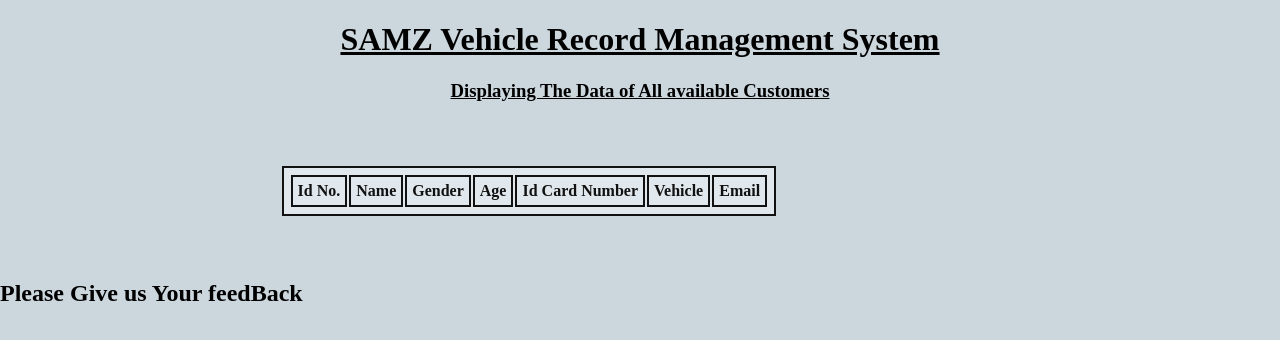
Repository: MUHAMMAD-SAQIB-2000/SpringBoot
Page: http://localhost/WebServiceRecordManagementSystem/CustomerList.jsp
These files come from the project's save history. The page is drawn as it stood at one moment and after a run of saves; the edit follows.
The browser window is 1280 px wide. The pictures show the whole page.
The page is served by Tomcat 9. Other server files are loaded and not shown. The template is opened directly, without the code that normally fills it, so the values that code supplies are empty.

Above is the page before, as saved 2020-08-11 19:01:39.

### WebServiceRecordManagementSystem/src/main/webapp/CustomerList.jsp
<%@ page language="java" contentType="text/html; charset=ISO-8859-1"
	pageEncoding="ISO-8859-1"%>
<%@ taglib prefix="form" uri="http://www.springframework.org/tags/form"%>
<%@ taglib uri="http://java.sun.com/jsp/jstl/core" prefix="c"%>
<!DOCTYPE html>
<html>
<head>
<meta charset="ISO-8859-1">
<title>Customers Record Form</title>
<style>
body{
margin:0px;
padding:0px;
background-color: #CCD6DD;
}
table, th, td {
	text-align:center;
	border: 2px solid #111;
	margin:10px;
	padding:5px;
}
.tableCSS{
	background-color:#E1E8ED;
	color:#111;
	margin:5% 22%;
}
.h{
	text-align:center;
	text-decoration: underline;
}
</style>
</head>
<body>
<main>
	<div>
	<h1 class="h">SAMZ Vehicle Record Management System</h1>
	<h3 class="h">Displaying The Data of All available Customers</h3>
	</div>
	<div>
		<table  class="tableCSS">
			<thead>
				<tr>
					<th>Id No.</th>
					<th>Name</th>
					<th>Gender</th>
					<th>Age</th>
					<th>Id Card Number</th>
					<th>Vehicle</th>
					<th>Email</th>
				</tr>
			</thead>
			<tbody>
				<c:forEach items="${list}" var="customer">
					<tr>
						<td>${customer.customerID}</td>
						<td>${customer.customerName}</td>
						<td>${customer.customerGender}</td>
						<td>${customer.customerAge}</td>
						<td>${customer.customerIdCardNumber}</td>
						<td>${customer.customerVehicle}</td>
						<td>${customer.customerEmail}</td>
					</tr>
				</c:forEach>
			</tbody>
		</table>
	</div>
	</main>
	<footer>
		<h2>Please Give us Your feedBack</h2>
	</footer>
</body>
</html>

After the next 2 saves:
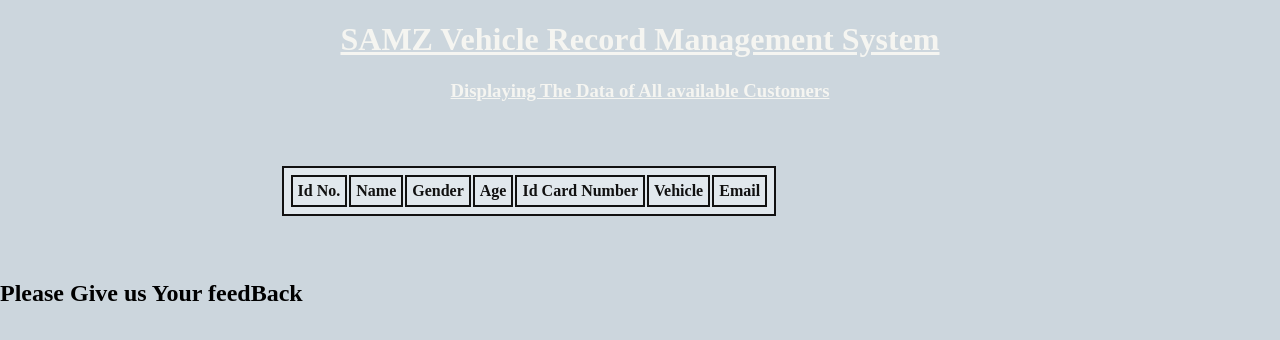
The 2 saves are shown as one change because they came seconds apart.
The last was saved 58 s later.
--- a/WebServiceRecordManagementSystem/src/main/webapp/CustomerList.jsp
+++ b/WebServiceRecordManagementSystem/src/main/webapp/CustomerList.jsp
@@ -25,6 +25,7 @@ table, th, td {
 	margin:5% 22%;
 }
 .h{
+	color:#F5F5F1;
 	text-align:center;
 	text-decoration: underline;
 }
